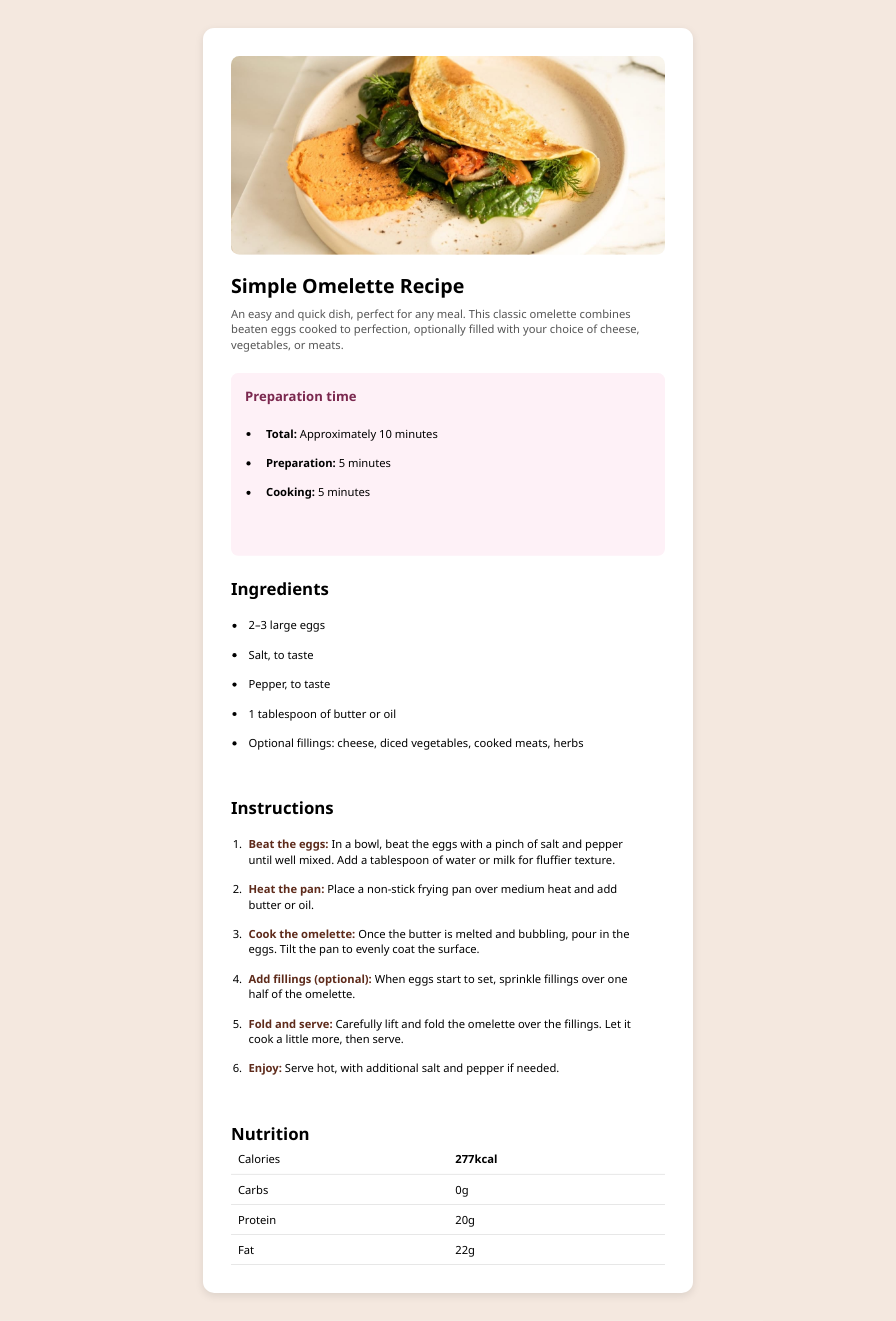
Repository: akbasliogulcan/omletterecipe
Page: index.html
The author's editor kept a copy of each file at every save. The page is drawn from the files as they stood at one save, then again after the next save.
The browser window is 1280 px wide. The pictures show the whole page, at 70% of full size.

Above is the page before, as saved 2025-07-20 23:42:20.

After the next save:
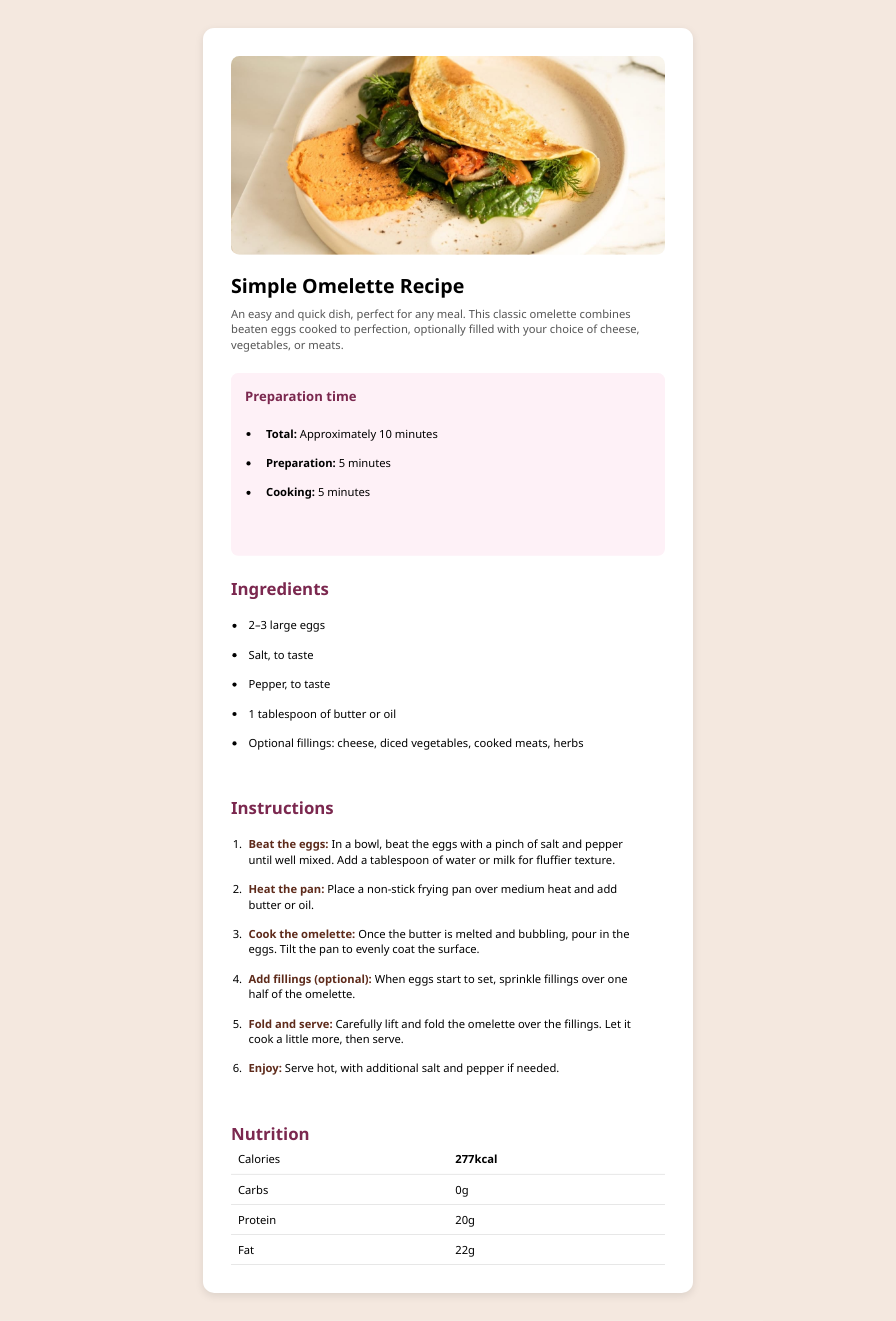
Saved 64 s later.
--- a/style.css
+++ b/style.css
@@ -58,6 +58,9 @@
   margin-bottom: 30px;
 }
 
+h2 {
+  color: hsl(332, 51%, 32%);
+}
 .ingredients li,
 .instructions li {
   margin-bottom: 10px;
